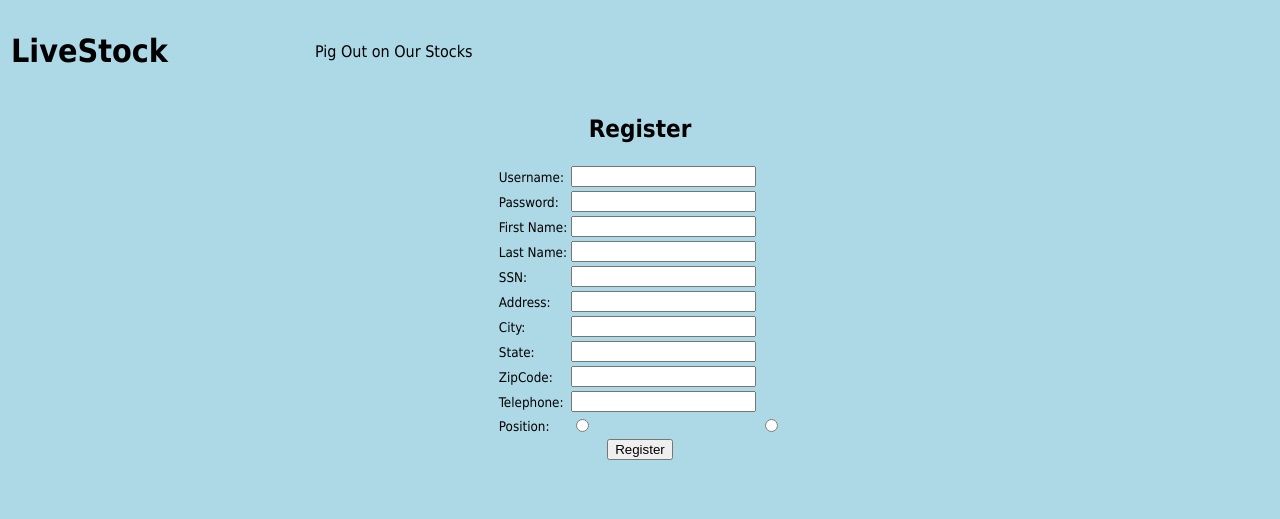
Repository: yastapova/live-stock
Page: LiveStockSite/WebContent/WEB-INF/register_emp.html
These files come from the project's save history. The page is drawn as it stood at one moment and after the next save; the edit follows.
The browser window is 1280 px wide. The pictures show the whole page.

Above is the page before, as saved 2016-04-15 22:03:04.

### LiveStockSite/WebContent/WEB-INF/register_emp.html
<!DOCTYPE html>
<html>
<head>
<meta charset="ISO-8859-1">
	<title>LiveStock Trading - Register</title>
	<style>
		body {
			background-color: lightblue;
			font-family: Tahoma;
		}
		.formlabel {
			font-size: 10pt;
		}
	</style>
</head>
<body>
	<div class="header">
	<table>
		<tr>
			<td width='300px'><h1>LiveStock</h1></td>
			<td width='300px'><p>Pig Out on Our Stocks</p></td>
		</tr>
	</table>
	</div>

	<div class="body" align="center">
		<h2>Register</h2>
		<form>
			<table>
				<tr>
					<td><span class="formlabel">Username:</span></td>
					<td><input id="usrn" name="username" type="text" /></td>
				</tr>
				<tr>
					<td><span class="formlabel">Password:</span></td>
					<td><input id="pw" name="password" type="password" /></td>
				</tr>
				<tr>
					<td><span class="formlabel">First Name:</span></td>
					<td><input id="fname" name="first_name" type="text" /></td>
				</tr>
				<tr>
					<td><span class="formlabel">Last Name:</span></td>
					<td><input id="lname" name="last_name" type="text" /></td>
				</tr>
				<tr>
					<td><span class="formlabel">SSN:</span></td>
					<td><input id="ssn" name="ssn" type="text" /></td>
				</tr>
				<tr>
					<td><span class="formlabel">Address:</span></td>
					<td><input id="addr" name="address" type="text" /></td>
				</tr>
				<tr>
					<td><span class="formlabel">City:</span></td>
					<td><input id="city" name="city" type="text" /></td>
				</tr>
				<tr>
					<td><span class="formlabel">State:</span></td>
					<td><input id="state" name="state" type="text" /></td>
				</tr>
				<tr>
					<td><span class="formlabel">ZipCode:</span></td>
					<td><input id="zip" name="zipcode" type="text" /></td>
				</tr>
				<tr>
					<td><span class="formlabel">Telephone:</span></td>
					<td><input id="phone" name="phone" type="text" /></td>
				</tr>
				<tr>
					<td><span class="formlabel">Position:</span></td>
					<td><input id="pos_man" name="position" type="radio" value="Manager"/></td>
					<td><input id="pos_rep" name="position" type="radio" value="Customer Representative"/></td>
				</tr>
			</table>
			<input type="submit" value="Register">
		</form>
	</div>

	<div class="footer">
	</div>
</body>
</html>

After the next save:
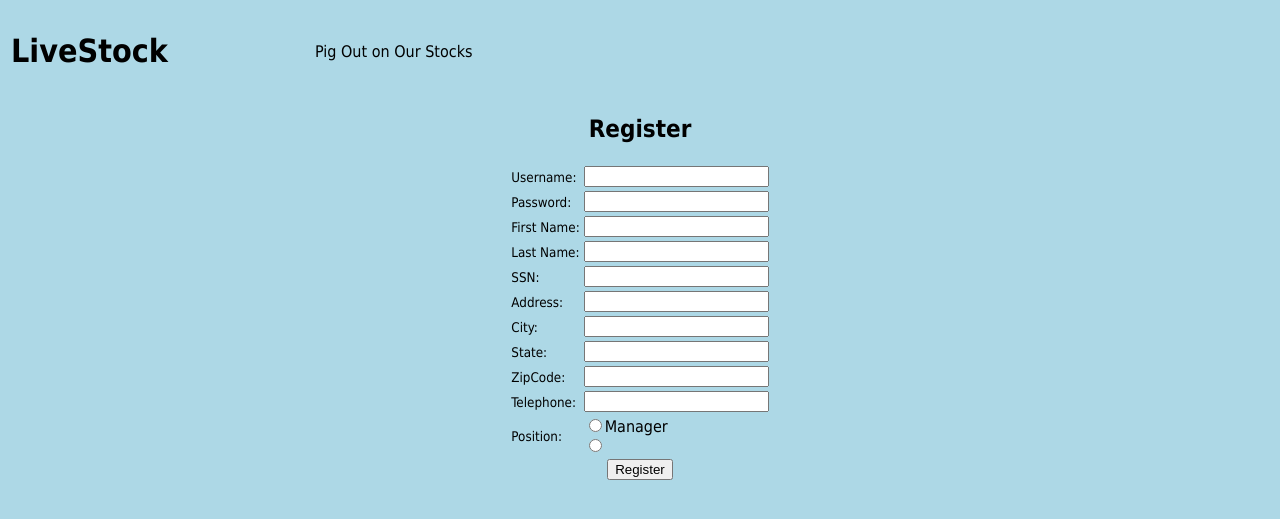
Saved 39 s later.
--- a/LiveStockSite/WebContent/WEB-INF/register_emp.html
+++ b/LiveStockSite/WebContent/WEB-INF/register_emp.html
@@ -69,8 +69,8 @@
 				</tr>
 				<tr>
 					<td><span class="formlabel">Position:</span></td>
-					<td><input id="pos_man" name="position" type="radio" value="Manager"/></td>
-					<td><input id="pos_rep" name="position" type="radio" value="Customer Representative"/></td>
+					<td><input id="pos_man" name="position" type="radio" value="Manager"/>Manager<br />
+					<input id="pos_rep" name="position" type="radio" value="Customer Representative"/></td>
 				</tr>
 			</table>
 			<input type="submit" value="Register">
